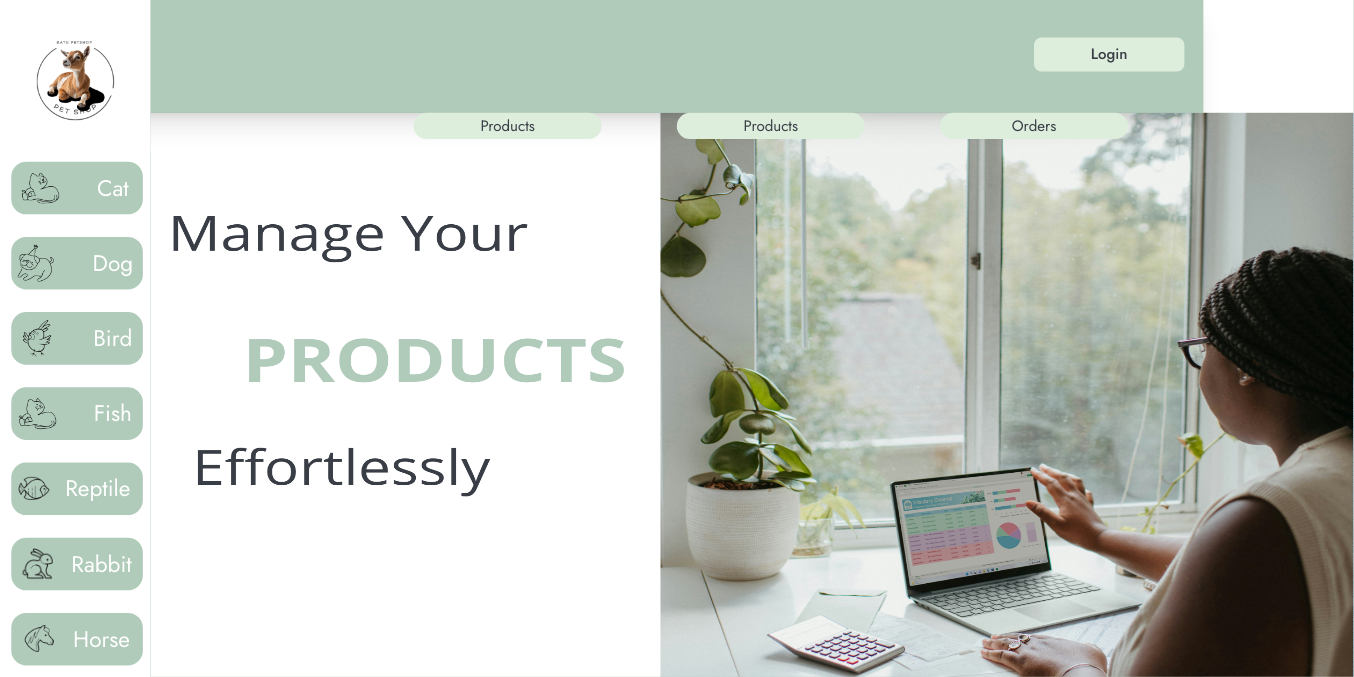
Repository: batu-call/batu-petshop
Page: /main (app in petshopp-appAdmin/admin/)
The author's editor kept a copy of each file at every save. The page is drawn from the files as they stood at one save, then again after a run of saves.
The browser window is 1280 px wide. The page is 1440 px wide, so the pictures cover 1440 px, including what lies to the right of the window. The pictures show the whole page, at 94% of full size.
The project was rebuilt for these pictures with package versions that can differ from the ones it lists, and the page was loaded fresh each time. The framework's server and built-in components were replaced by stand-ins that run in the browser. Also part of the build but not shown: petshopp-appAdmin/admin/next.config.ts.

Above is the page before, as saved 2025-09-21 01:50:52.

After the next 2 saves:
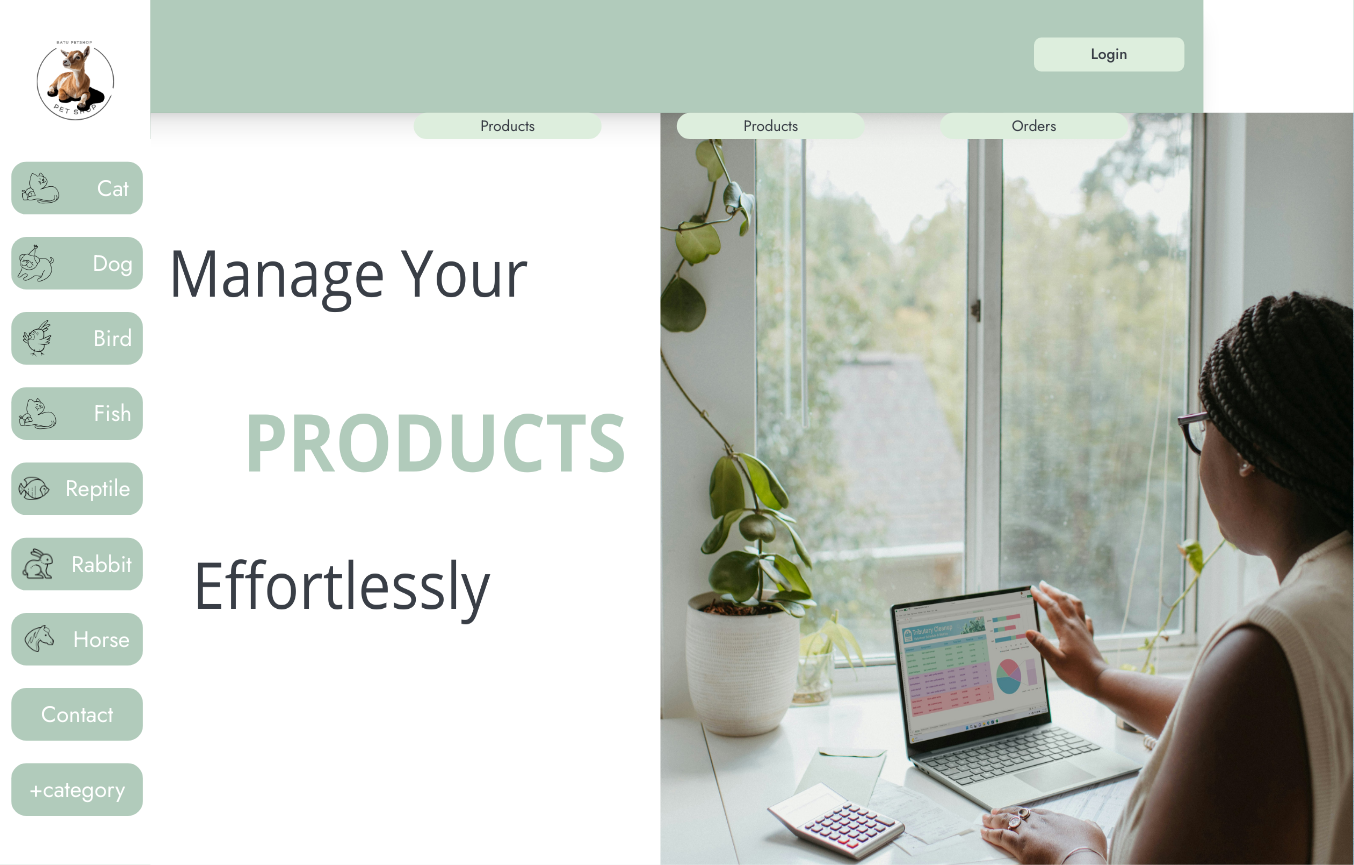
The 2 saves are shown as one change because they came seconds apart.
The last was saved 7 s later.
--- a/petshopp-appAdmin/admin/src/app/main/controller/Main.tsx
+++ b/petshopp-appAdmin/admin/src/app/main/controller/Main.tsx
@@ -11,7 +11,7 @@ const Main = () => {
       <Navbar />
       {/* Catgeory */}
       <Sidebar />
-      <Image src={"/admin-banner3.png"} alt='admin-banner' width={1760} height={600} className='ml-40 h-[600px]' priority/>
+      <Image src={"/admin-banner3.png"} alt='admin-banner' width={1760} height={600} className='ml-40 h-[800px]' priority/>
     </div>
   )
 }
